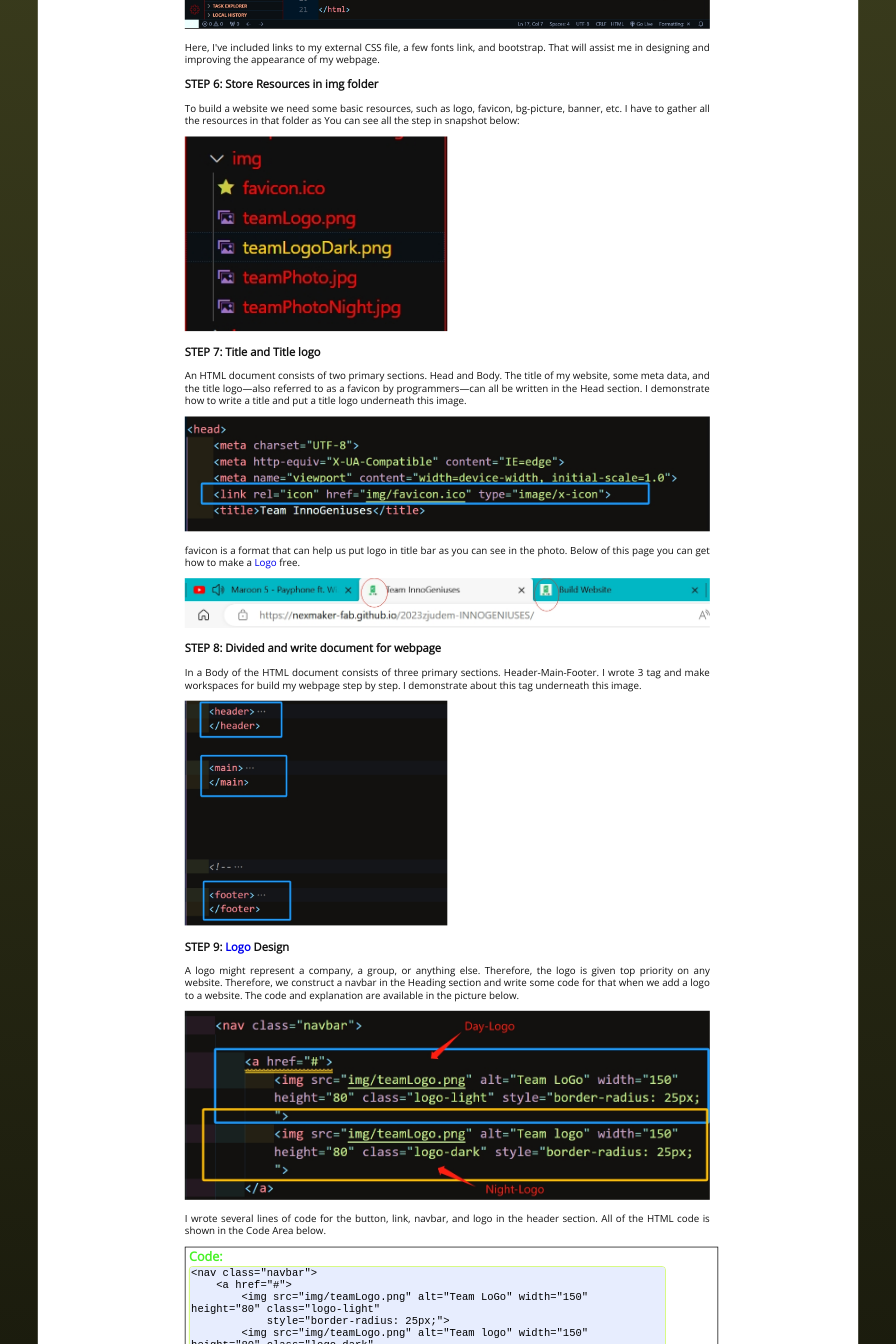
Repository: NexMaker-Fab/2023zjudem-INNOGENIUSES
Page: build web/page1.html
An editor plug-in stored every save of this project. The page is shown before and after the next save, followed by the edit.
The browser window is 1280 px wide. The pictures show the part of the page from y = 4580 to 6500 px (the page is 11099 px tall before and 11095 px after), at 70% of full size.
An inner scrolling area shows only its first screen.

Above is the page before, as saved 2023-11-27 20:32:18.

After the next save:
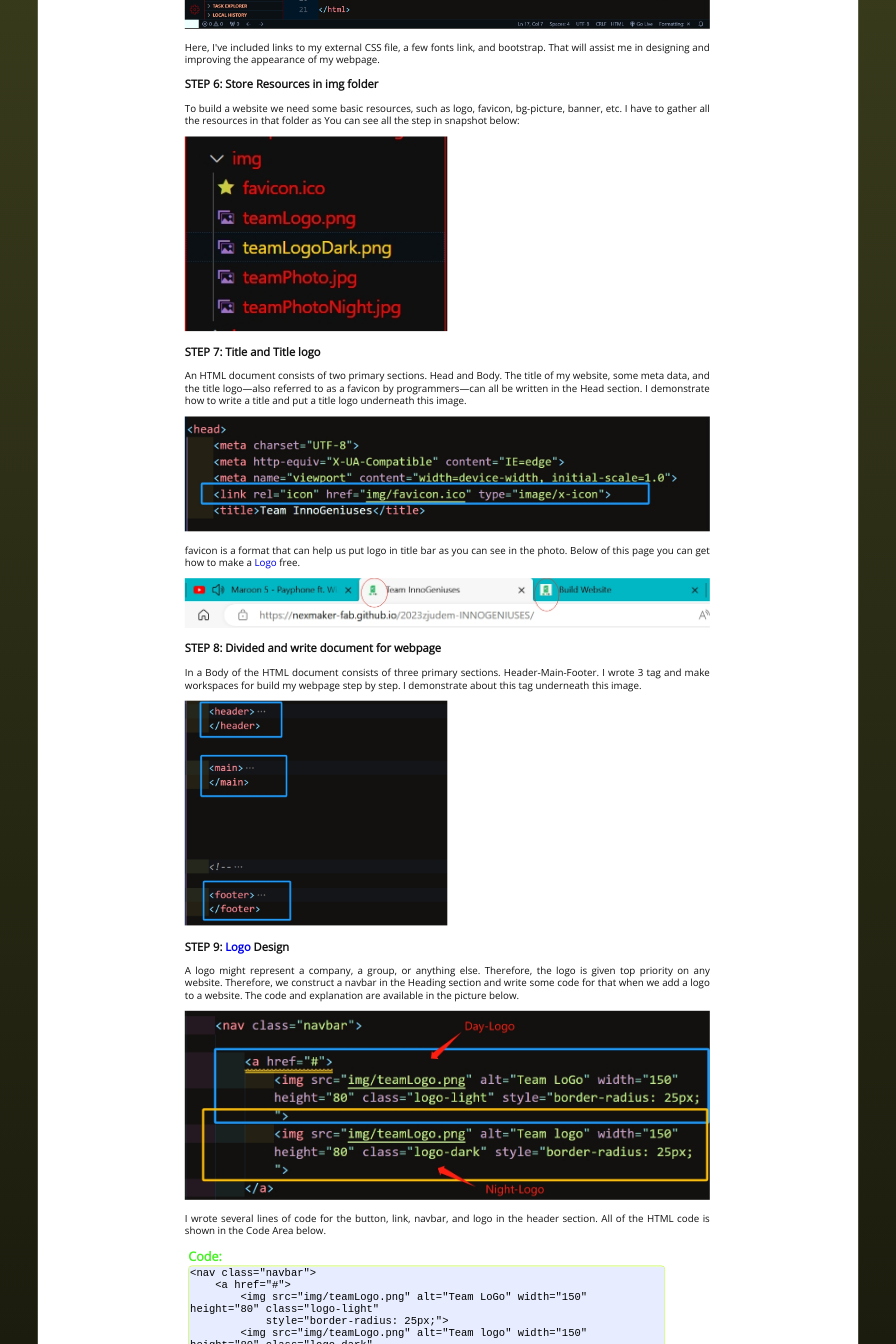
Saved 16 s later.
--- a/build web/styles.css
+++ b/build web/styles.css
@@ -437,7 +437,6 @@ ul#topnav li a:hover {
     flex-direction: column;
     align-items: center;
     padding: 5px;
-    border: 1px solid #000;
 }
 
 .code-boxes .code-box {
